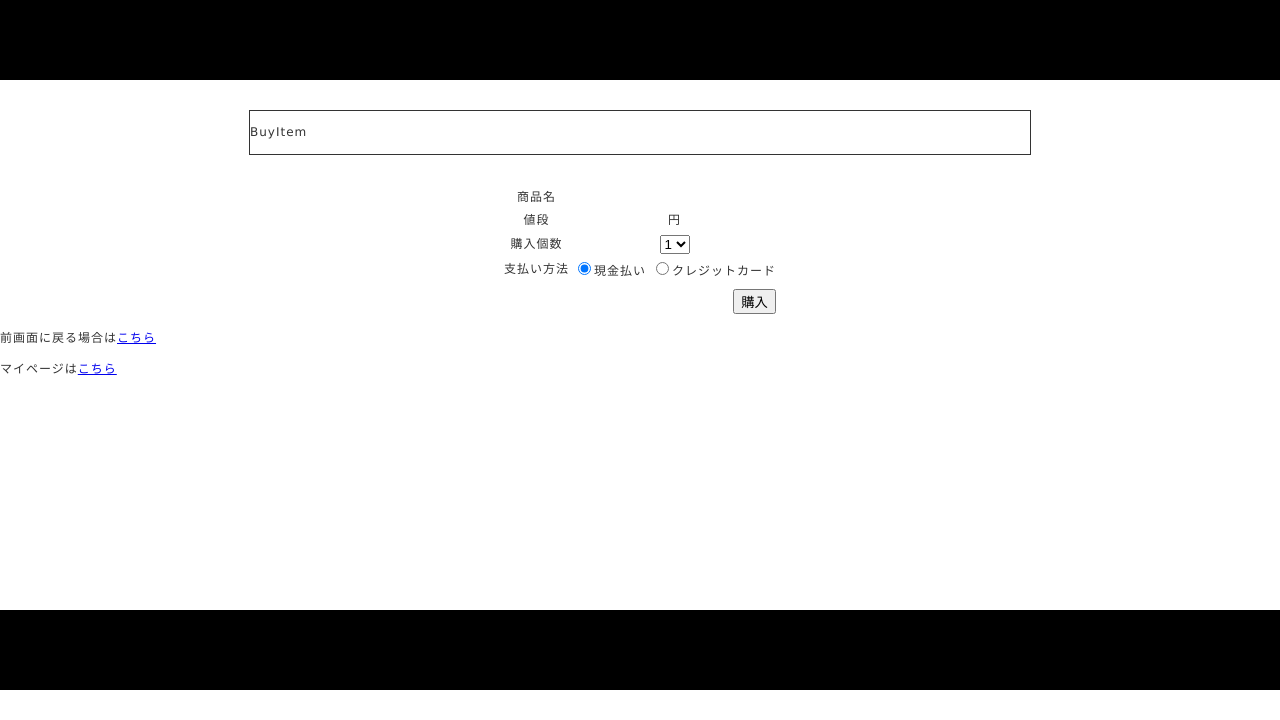
Repository: ryuhei0204/test
Page: http://localhost/ecsite02/buyItem.jsp
The author's editor kept a copy of each file at every save. The page is drawn from the files as they stood at one save, then again after the next save.
The browser window is 1280 px wide. The pictures show the whole page.
The page is served by Tomcat 9. Other server files are loaded and not shown.

Above is the page before, as saved 2019-05-21 05:42:06.

### ecsite02/WebContent/buyItem.jsp
<%@ page language="java" contentType="text/html; charset=UTF-8"
    pageEncoding="UTF-8"%>
<%@ taglib prefix="s" uri="/struts-tags" %>
<!DOCTYPE html>
<html>
<head>
<meta  http-equiv="Content-Type" content="text/html; charset=UTF-8"/>
<meta  http-equiv="Content-Style-Type" content="text/css"/>
<meta  http-equiv="Content-Script-Type" content="text/javascript"/>
<meta  http-equiv="imagetoolbar" content="no"/>
<meta name="description" content=""/>
<meta name="keywords" content=""/>
<title>buyItem画面</title>
<style type="text/css">
  body{
    margin:0;
    padding:0;
    line-height:1.6;
    letter-spacing:1px;
    font-family:Verdana,Helvetica,sans-serif;
    font-size:12px;
    color:#333;
    background:#fff;
  }
  table{
    text-align:center;
    margin:0 auto;
  }

  #top{
    width:780px;
    margin:30px auto;
    border:1px solid #333;
  }
  #header{
    width:100%;
    height:80px;
    background-color:black;
  }
  #main{
    width:100%;
    height:500px;
    text-align:ceter;
  }
  #footer{
    width:100%;
    height:80px;
    background-color:black;
    clear:both;
  }
</style>
</head>
<body>
<div id="header">
   <div id="pr">
   </div>
</div>
<div id="main">
   <div id="top">
      <p>BuyItem</p>
   </div>
   <div>
      <s:form action="BuyItemAction">
      <table>
         <tr>
            <td>
               <span>商品名</span>
            </td>
            <td>
               <s:property value="session.buyItem_name"/><br>
            </td>
         </tr>

         <tr>
            <td>
               <span>値段</span>
            </td>
            <td>
               <s:property value="session.buyItem_price"/><span>円</span>
            </td>
         </tr>
         <tr>
            <td>
               <span>購入個数</span>
            </td>
            <td>
               <select name="count">
                  <option value="1" selected="selected">1</option>
                  <option value="2">2</option>
                  <option value="3">3</option>
                  <option value="4">4</option>
                  <option value="5">5</option>
               </select>
            </td>
         </tr>
         <tr>
            <td>
               <span>支払い方法</span>
            </td>
            <td>
               <input type="radio" name="pay" value="1" checked="checked">現金払い
               <input type="radio" name="pay" value="2">クレジットカード
            </td>
         </tr>
         <tr>
            <td>
               <s:submit value="購入"/>
            </td>
         </tr>
      </table>
   </s:form>
      <div>
         <p>前画面に戻る場合は<a href='<s:url action="GoHomeAction"/>'>こちら</a></p>
         <p>マイページは<a href='<s:url action="MyPageAction"/>'>こちら</a></p>
      </div>
   </div>
</div>
<div id="footer">
   <div id="pr">
   </div>
</div>
</body>
</html>

After the next save:
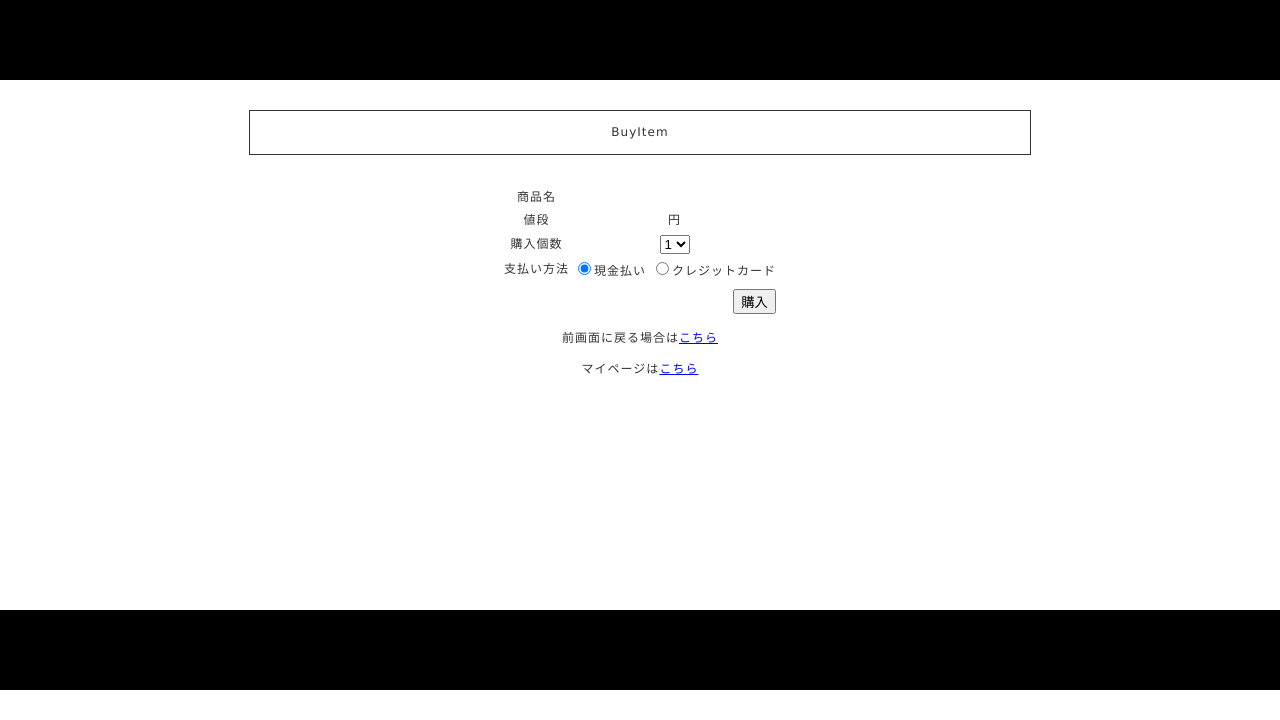
Saved 63 s later.
--- a/ecsite02/WebContent/buyItem.jsp
+++ b/ecsite02/WebContent/buyItem.jsp
@@ -40,7 +40,7 @@
   #main{
     width:100%;
     height:500px;
-    text-align:ceter;
+    text-align:center;
   }
   #footer{
     width:100%;
